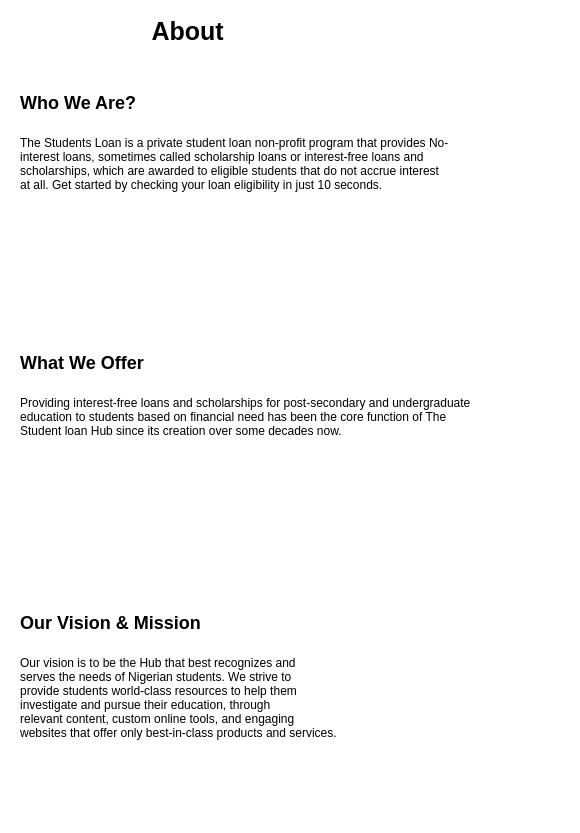
Repository: Tobby004/basic-loanweb
Page: about.html
The author's editor kept a copy of each file at every save. The page is drawn from the files as they stood at one save, then again after the next save.
The browser window is 375 px wide. The page is 480 px wide, then 580 px, so the pictures cover 580 px, including what lies to the right of the window. The pictures show the whole page.

Above is the page before, as saved 2023-07-05 10:32:16.

### about.html
<!DOCTYPE html>
<html lang="en">
<head>
    <meta charset="UTF-8">
    <meta http-equiv="X-UA-Compatible" content="IE=edge">
    <meta name="viewport" content="width=device-width, initial-scale=1.0">
    <title>About</title>
    <link rel="stylesheet" href="about.css">
</head>
<body>
    <h1>About</h1>
    <div class="container">
    <div class="box-1">
        <h4>Who We Are?</h4>
        <p>The Students Loan is a private student loan non-profit program that provides No-interest loans, sometimes called scholarship loans or interest-free loans and scholarships, which are awarded to eligible students that do not accrue interest at all. Get started by checking your loan eligibility in just 10 seconds.</p>
    </div>
    <div class="box-2">
        <h4>What We Offer</h4>
        <p>Providing interest-free loans and scholarships for post-secondary and undergraduate education to students based on financial need has been the core function of The Student loan Hub since its creation over some decades now.</p>
    </div>
    <div class="box-3">
        <h4>Our Vision & Mission</h4>
        <p>Our vision is to be the Hub that best recognizes and <br>
            serves the needs of Nigerian students. We strive to <br>
             provide students world-class resources to help them <br>
             investigate and pursue their education, through <br>
             relevant content, custom online tools, and engaging <br>
             websites that offer only best-in-class products and services.</p>
    </div>
    </div>
</body>
</html>

### about.css
*{
    box-sizing: border-box;
}
body {
    margin: 0;
    background: #ffffff;

}

h1 {
    text-align: center;
    font-size: 25px;
    font-family: sans-serif;
}
.container {
    margin: auto;
    display: flex;
    justify-content: space-between;
    height: 300px;
    width: 1300px;
    background: #ffffff;
}
.box-1{
  margin-top: 30px;
  height: 230px;
  width: 450px;
  background: white;
}
.box-2{
  margin-top: 30px;
  height: 230px;
  width: 480px;
  background: #ffffff;
}
.container h4 {
    font-size: 22px;
    margin-left: 20px;
    font-family: sans-serif;
}
.container p {
    margin-left: 20px;
    font-size: 17px;
    font-family: sans-serif;
}
.box-3{
    height: 220px;
    width: 480;
    margin-top: 30px;
    background: #ffffff;
}





@media only screen and (max-width:400px) {
    .container {
        display: inline-block;
        width: max-content;
    }
    box-1{
        margin-top: 10px;
        height: 130px;

      }
      box-2{
        margin-top: 10px;
        height: 130px;

      }
      .container h4 {
      font-size: 18px;
      }
      .container p {
      font-size: 12px;
   }
   .box {
        height: 150px;
        width: 30%;
   }
   h4 {
    font-size: 18px;
    line-height: 20px;
  }
  .box p {
    font-size: 12px;
    text-align: right;
    line-height: 20px;
  }





  .contact-box{
    display:block ;
    gap: 20px;
    margin: auto;
    height: 300px;
    width: 100%;
    background: #ffffff;
}
.cob-1 a {
    margin-left: 140px;
}

}

After the next save:
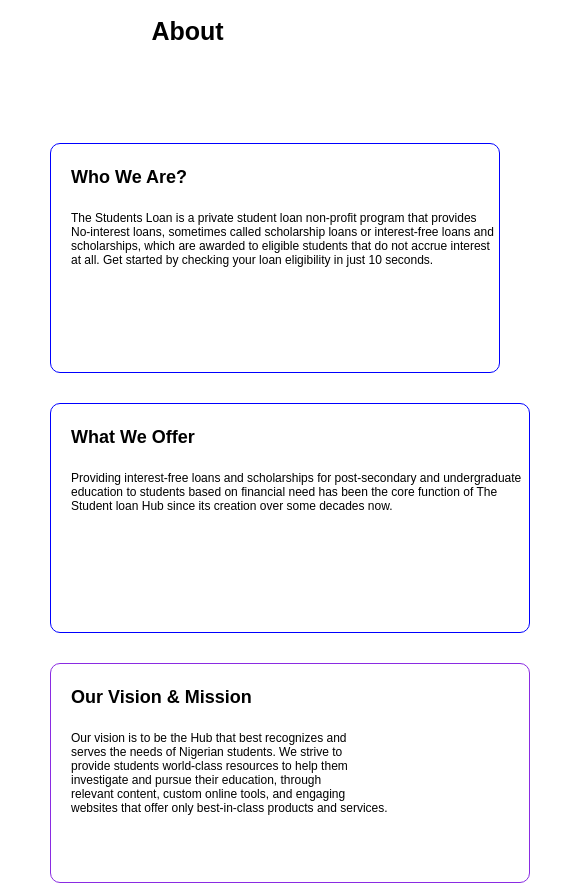
Saved 7 min 45 s later.
--- a/about.css
+++ b/about.css
@@ -25,12 +25,16 @@ h1 {
   height: 230px;
   width: 450px;
   background: white;
+  border-radius: 10px;
+  border:solid 0.5px blue;
 }
 .box-2{
   margin-top: 30px;
   height: 230px;
   width: 480px;
   background: #ffffff;
+  border-radius: 10px;
+  border: solid 0.5px blue;
 }
 .container h4 {
     font-size: 22px;
@@ -47,6 +51,8 @@ h1 {
     width: 480;
     margin-top: 30px;
     background: #ffffff;
+    border-radius: 10px;
+    border: solid 0.5px blueviolet;
 }
 
 
@@ -57,6 +63,7 @@ h1 {
     .container {
         display: inline-block;
         width: max-content;
+        margin: 50px;
     }
     box-1{
         margin-top: 10px;
